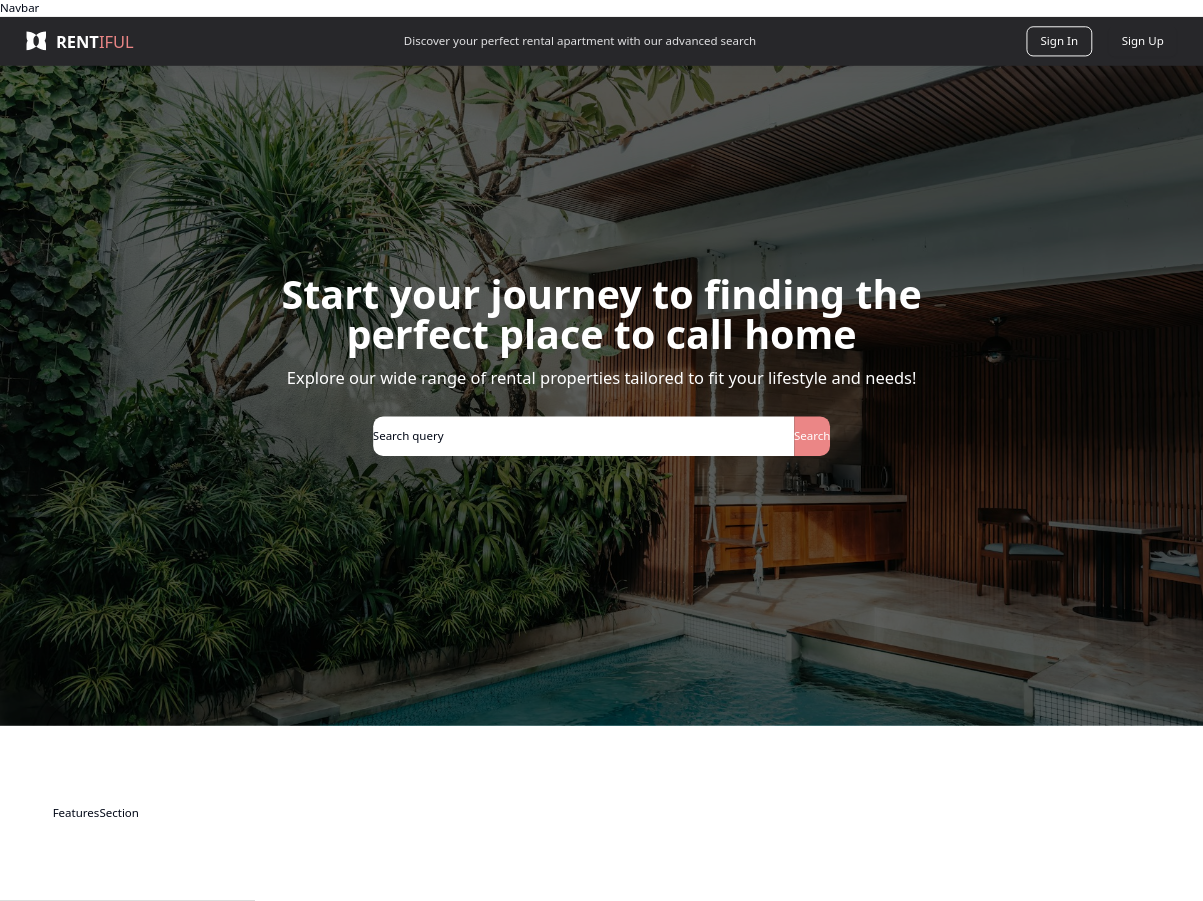
Repository: richiectr360/real-estate-prod
Page: /landing (app in client/)
These files come from the project's save history. The page is drawn as it stood at one moment and after the next save; the edit follows.
The browser window is 1280 px wide. The pictures show the whole page, at 94% of full size.
The page's requests for data from a server got no answer. The project was rebuilt for these pictures with package versions that can differ from the ones it lists, and the page was loaded fresh each time. The framework's server and built-in components were replaced by stand-ins that run in the browser. No one was signed in, and anything a server would have sent is missing. Also part of the build but not shown: client/next.config.ts.

Above is the page before, as saved 2025-05-21 21:46:51.

After the next save:
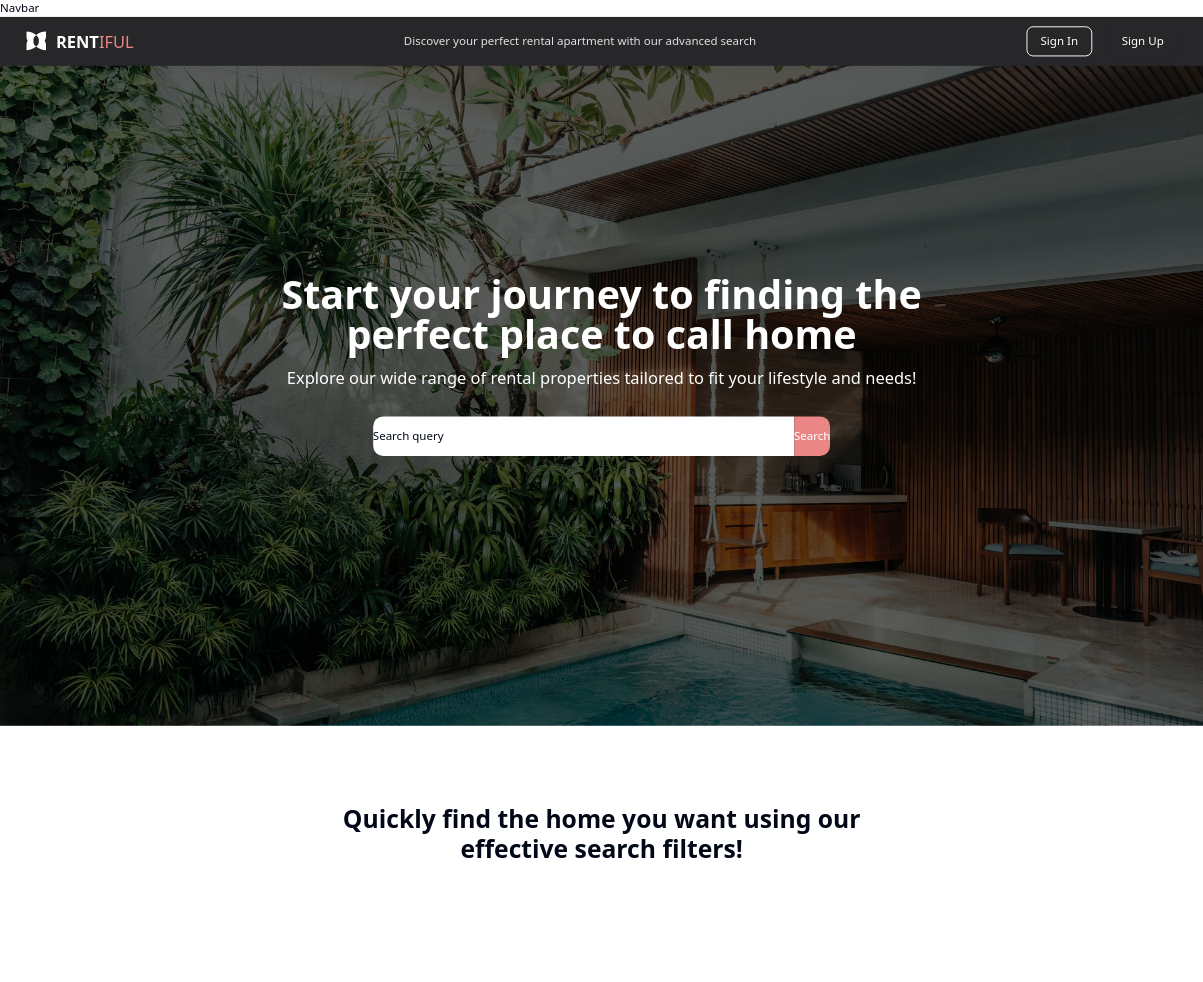
Saved 2 min 18 s later.
--- a/client/src/app/(nondashboard)/landing/FeaturesSection.tsx
+++ b/client/src/app/(nondashboard)/landing/FeaturesSection.tsx
@@ -136,7 +136,16 @@ const FeaturesSection = () => {
         viewport={{ once: true }}
         variants={containerVariants}
         className="py-24 px-6 sm:px-8 lg:px-12 xl:px-16 bg-white"
-    >FeaturesSection</motion.div>
+    >
+        <div className="max-w-4xl xl:max-w-6xl mx-auto">
+            <motion.h2
+                variants={itemVariants}
+                className="text-3xl font-bold text-center mb-12 w-full sm:w-2/3 mx-auto"
+            >
+                Quickly find the home you want using our effective search filters!
+            </motion.h2>
+        </div>
+    </motion.div>
   )
 }
 
